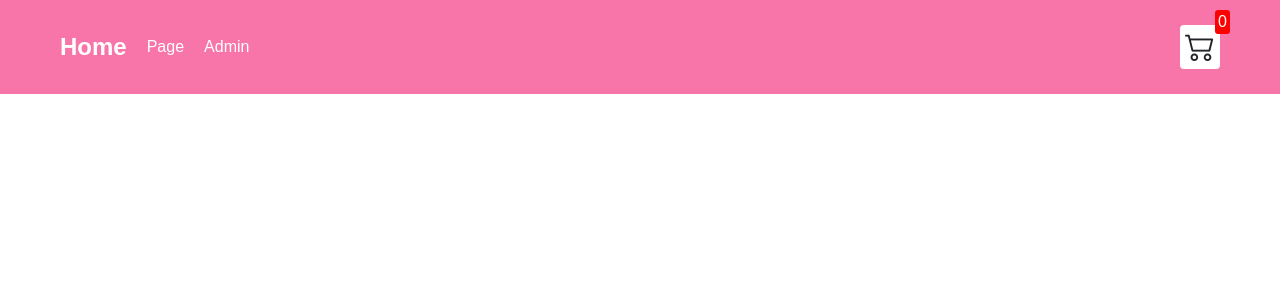
Repository: ducdatit2002/Capstone-management-product
Page: customer/views/index.html
These files come from the project's save history. The page is drawn as it stood at one moment and after the next save; the edit follows.
The browser window is 1280 px wide. The pictures show the whole page.

Above is the page before, as saved 2023-10-26 16:49:41.

### customer/views/index.html
<!DOCTYPE html>
<html lang="en">

<head>
  <meta charset="UTF-8">
  <meta http-equiv="X-UA-Compatible" content="IE=edge">
  <meta name="viewport" content="width=device-width, initial-scale=1.0">
  <title>Home </title>
  <link rel="stylesheet" href="./../../assets/customer.css">
  <link rel="stylesheet" href="https://cdn.jsdelivr.net/npm/bootstrap-icons@1.8.1/font/bootstrap-icons.css">
</head>

<body>
  <div class="navbar">
    <div class="navbar_direct">
      <a class="nav_item" href="./index.html">
        <h2>Home</h2>
      </a>
      <a class="nav_item" href="./../../index.html">Page</a>
      <a class="nav_item" href="./../../admin/views/index.html">Admin</a>
    </div>

    <a href="cart.html">
      <div class="cart">
        <i class="bi bi-cart2"></i>
        <div id="cartAmount" class="cartAmount">0</div>
      </div>
    </a>

  </div>

  <div class="shop" id="shop">
  </div>

</body>

<script src="./../controllers/main.js"></script>

</html>

### assets/customer.css
/**
BROWSER
**/

* {
  margin: 0;
  padding: 0;
  box-sizing: border-box;
}

body {
  font-family: sans-serif;
}

i {
  cursor: pointer;
}

a {
  text-decoration: none;
  color: white;
}

/**
NAVBAR
  **/

.navbar {
  display: flex;
  flex-direction: row;
  justify-content: space-between;
  background-color: #F875AA;
  color: white;
  padding: 25px 60px;
  margin-bottom: 30px;
}

.navbar_direct {
  display: flex;
  line-height: 1.5em;
  align-items: center;
}

.nav_item {
  padding-right: 20px;
}

.cart {
  position: relative;
  background-color: #fff;
  color: #212529;
  font-size: 30px;
  padding: 5px;
  border-radius: 4px;
}

.cartAmount {
  position: absolute;
  top: -15px;
  right: -10px;
  font-size: 16px;
  background-color: red;
  color: white;
  padding: 3px;
  border-radius: 3px;
}

/**
SHOP ITEMS
  **/

.shop {
  display: grid;
  grid-template-columns: repeat(4, 223px);
  gap: 30px;
  justify-content: center;
  margin-bottom: 50px;
}

@media (max-width: 1000px) {
  .shop {
    grid-template-columns: repeat(2, 223px);
  }
}

@media (max-width: 500px) {
  .shop {
    grid-template-columns: repeat(1, 223px);
  }
}

.item {
  border: 2px solid #F8BDEB;
  border-radius: 4px;
}

.item img {
  width: 100%;
  border-radius: 2px 2px 0 0;
}

.details {
  display: flex;
  flex-direction: column;
  padding: 10px;
  gap: 10px;
}

.price-quantity {
  display: flex;
  flex-direction: row;
  justify-content: space-between;
  align-items: center;
}

.buttons {
  display: flex;
  flex-direction: row;
  gap: 8px;
  font-size: 16px;
}

.bi-dash-lg {
  color: red;
}

.bi-plus-lg {
  color: green;
}

/**
  * ! style rules for label and some buttons
  **/

.text-center {
  text-align: center;
  margin-bottom: 20px;
}

.HomeBtn,
.checkout,
.removeAll {
  background-color: #212529;
  color: white;
  border: none;
  padding: 6px;
  border-radius: 3px;
  cursor: pointer;
  margin-top: 10px;
}

.checkout {
  background-color: green;
}

.removeAll {
  background-color: red;
}

.bi-x-lg {
  color: red;
  font-weight: bold;
}

/**
shopping-cart
  **/

.shopping-cart {
  display: grid;
  grid-template-columns: repeat(1, 320px);
  justify-content: center;
  gap: 15px;
}

/**
  * ! style rules for cart-item
  **/

.cart-item {
  border: 2px solid #212529;
  border-radius: 5px;
  display: flex;
}

.title-price-x {
  width: 195px;
  display: flex;
  align-items: center;
  justify-content: space-between;
  /* border: 2px solid red; */
}

.title-price {
  display: flex;
  align-items: center;
  gap: 10px;
}

.cart-item-price {
  background-color: #212529;
  color: white;
  border-radius: 4px;
  padding: 3px 6px;
}

Loaded but not shown: customer/controllers/main.js (no stored copy; drawn as an empty file)

After the next save:
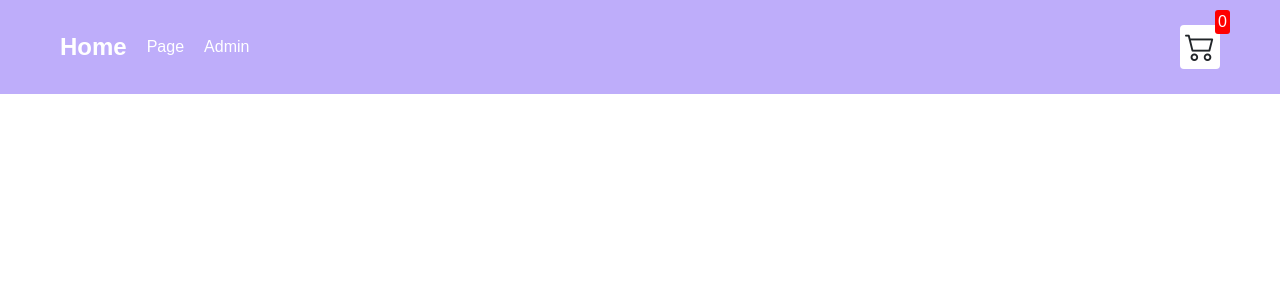
Saved 43 s later.
--- a/assets/customer.css
+++ b/assets/customer.css
@@ -29,7 +29,7 @@ NAVBAR
   display: flex;
   flex-direction: row;
   justify-content: space-between;
-  background-color: #F875AA;
+  background-color: #BEADFA;
   color: white;
   padding: 25px 60px;
   margin-bottom: 30px;
